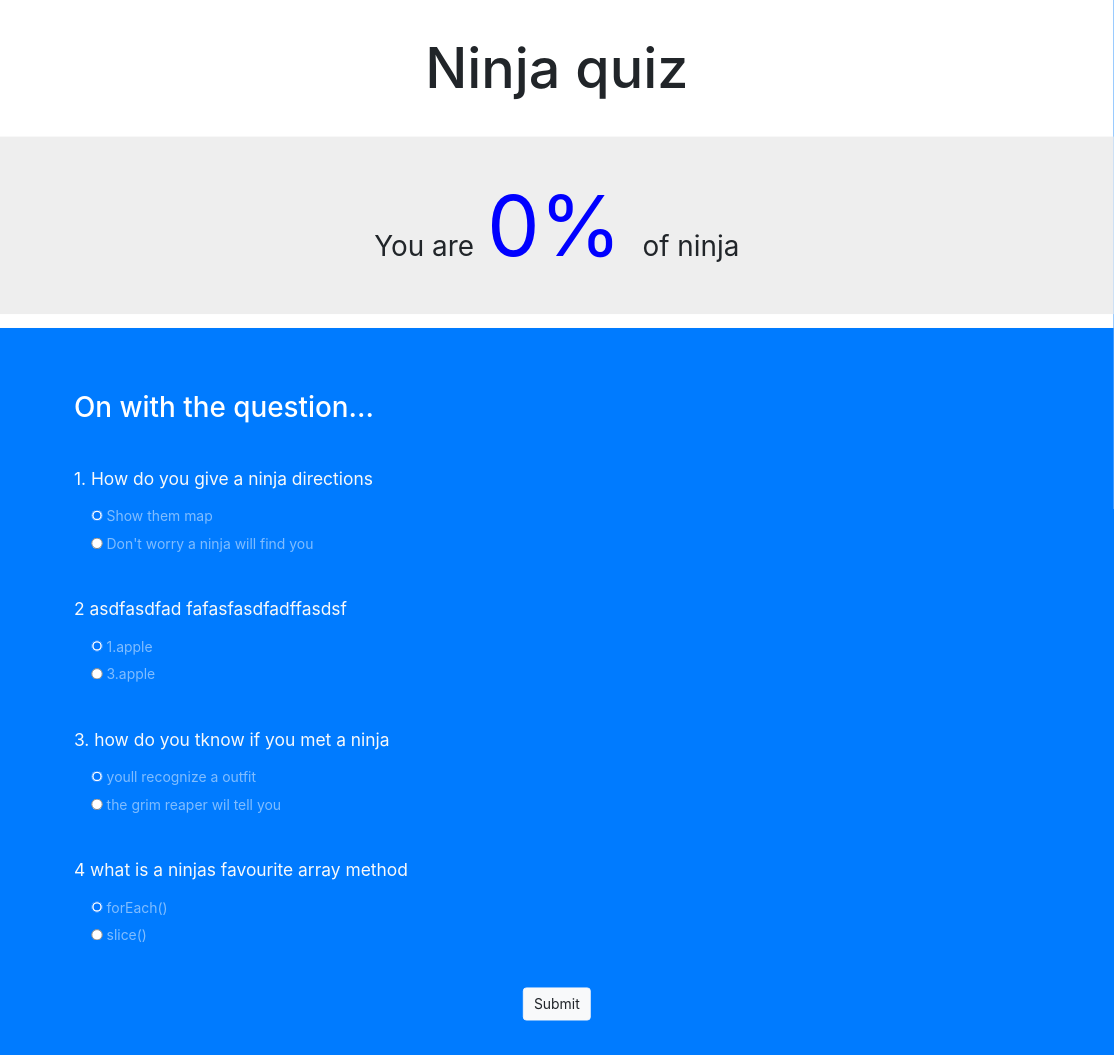
Repository: ajgors/config
Page: Nauka Js/Projekty/Quiz/index.html
The author's editor kept a copy of each file at every save. The page is drawn from the files as they stood at one save, then again after a run of saves.
The browser window is 1280 px wide. The pictures show the whole page, at 87% of full size.

Above is the page before, as saved 2019-08-11 18:19:30.

### Nauka Js/Projekty/Quiz/index.html
<!DOCTYPE html>
<html lang="en">

<head>
    <meta charset="UTF-8">
    <meta name="viewport" content="width=device-width, initial-scale=1.0">
    <meta http-equiv="X-UA-Compatible" content="ie=edge">
    <title>Document</title>
    <link rel="stylesheet" href="https://stackpath.bootstrapcdn.com/bootstrap/4.3.1/css/bootstrap.min.css"
        integrity="sha384-ggOyR0iXCbMQv3Xipma34MD+dH/1fQ784/j6cY/iJTQUOhcWr7x9JvoRxT2MZw1T" crossorigin="anonymous">
        <link rel="stylesheet" href="css.css">
</head>

<body>
    <!-- Header -->
    <!-- <div class="intro py-3 bg-white text-center">
        <div class="container">
            <h2 class="text-primary display-3 my-4">Ninja Quiz</h2>
        </div>
    </div> -->

    <header class="header">
        <h1 class="header__title">Ninja quiz</h1>
    </header>

    <!-- Result -->
    <!-- <div class="result py-4 d-none bg-light text-center">
        <div class="container lead">
            <p>You are <span class="text-primary display-4 p-3">0%</span>Ninja</p>
        </div>
    </div> -->

    <div class="result">
        <p class="result__paragraph">You are<span class="result__span">0%</span> of ninja</p>
    </div>

    <!-- Form -->
    <div class="quiz py-4 bg-primary">
        <div class="container">
            <h2 class="my-5 text-white">On with the question...</h2>
            <form action="" class="quiz-form text-light">
                <div class="my-5">
                    <p class="lead font-weight-normal">1. How do you give a ninja directions</p>
                    <div class="form-check my-2 text-white-50">
                        <input type="radio" name='q1' value='A' checked>
                        <label for="" class="form-check-label">Show them map</label>
                    </div>
                    <div class="form-check my-2 text-white-50">
                        <input type="radio" name='q1' value='B'>
                        <label for="" class="form-check-label">Don't worry a ninja will find you</label>
                    </div>
                </div>
                <div class="my-5">
                    <p class="lead font-weight-normal">2 asdfasdfad fafasfasdfadffasdsf</p>
                    <div class="form-check my-2 text-white-50">
                        <input type="radio" name='q2' value='A' checked>
                        <label for="" class="form-check-label">1.apple</label>
                    </div>
                    <div class="form-check my-2 text-white-50">
                        <input type="radio" name='q2' value='B'>
                        <label for="" class="form-check-label">3.apple</label>
                    </div>
                </div>
                <div class="my-5">
                    <p class="lead font-weight-normal">3. how do you tknow if you met a ninja</p>
                    <div class="form-check my-2 text-white-50">
                        <input type="radio" name='q3' value='A' checked>
                        <label for="" class="form-check-label">youll recognize a outfit</label>
                    </div>
                    <div class="form-check my-2 text-white-50">
                        <input type="radio" name='q3' value='B'>
                        <label for="" class="form-check-label">the grim reaper wil tell you</label>
                    </div>
                </div>
                <div class="my-5">
                    <p class="lead font-weight-normal">4 what is a ninjas favourite array method</p>
                    <div class="form-check my-2 text-white-50">
                        <input type="radio" name='q4' value='A' checked>
                        <label for="" class="form-check-label">forEach()</label>
                    </div>
                    <div class="form-check my-2 text-white-50">
                        <input type="radio" name='q4' value='B'>
                        <label for="" class="form-check-label">slice()</label>
                    </div>
                </div>
                <div class="text-center">
                    <input type="submit" class='btn btn-light'>
                </div>
            </form>
        </div>


        <div class="xd">
            <p class="xd"></p>
        </div>
    </div>

    <script src="js.js"></script>
</body>

</html>

### Nauka Js/Projekty/Quiz/css.css
*{
    margin: 0;
    padding: 0;
}

.header__title{
    text-align: center;
    margin:  40px auto;
    font-size: 4em;
}

.result{
    background-color: #eee;
}
.result__paragraph{
    text-align: center;
    padding: 30px;
    font-size: 2em
}
.result__span{
    font-size: 3em;
    padding: 15px;
    color: blue;
}

### Nauka Js/Projekty/Quiz/js.js




const form = document.querySelector('.quiz-form');
const result = document.querySelector('.result');
const correctAnswers = ['B','B','B','B'];
const spanResult = document.querySelector('span');

form.addEventListener('submit', e=>{
    e.preventDefault();

    //check answer
    let score = 0;
    const userAnswers = [form.q1.value, form.q2.value, form.q3.value, form.q4.value];

    userAnswers.forEach((answer, index) =>{
        if(answer === correctAnswers[index]){
            score += 25;
        }
    });

    scrollTo(0,0)
    result.classList.remove('d-none');
    // spanResult.textContent = `${score}%`

    let output = 0;
    const timer = setInterval(()=>{
        spanResult.textContent = `${output}%`
        if(output === score){
            clearInterval(timer);
        } else {
            output++;
        }
    })


})

After the next 2 saves:
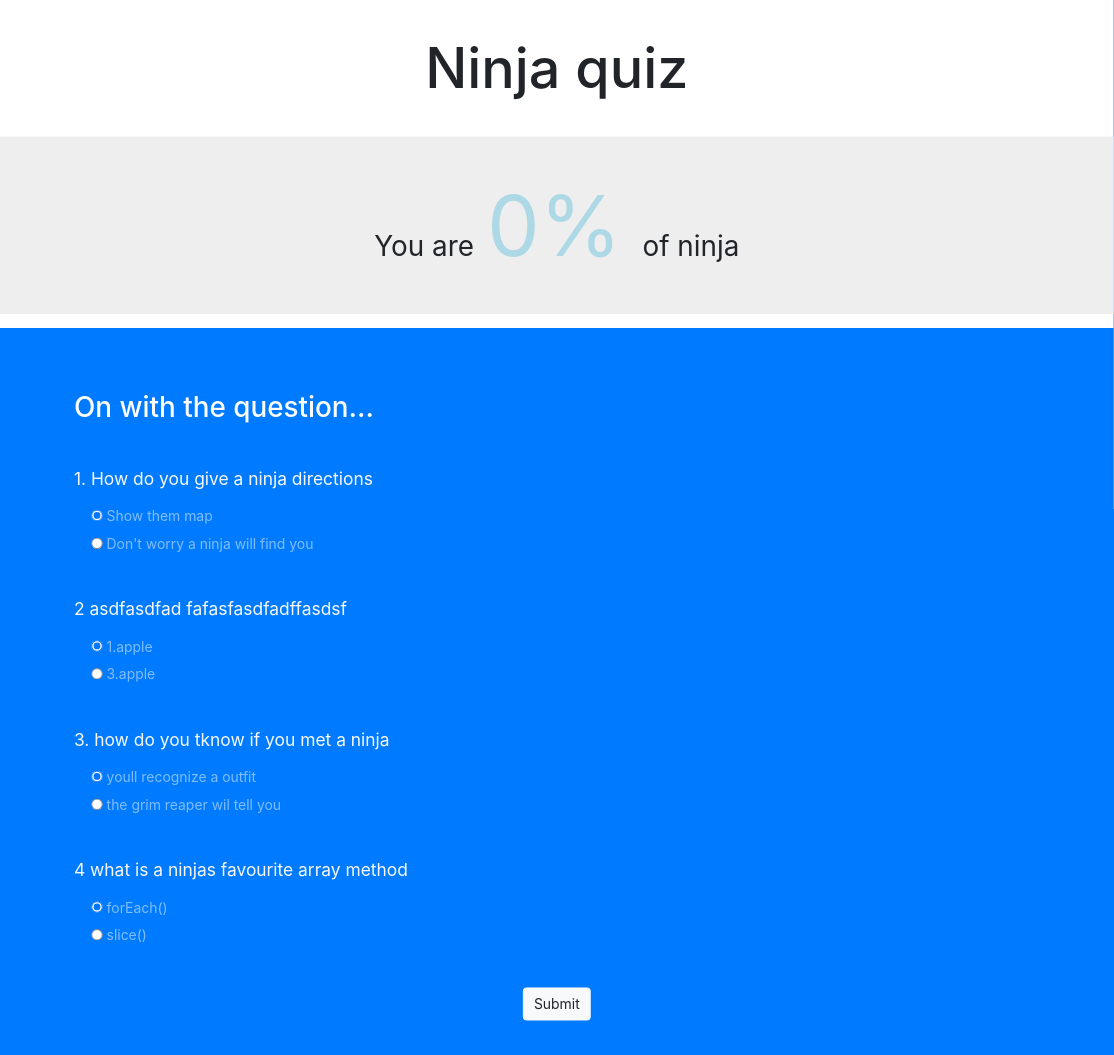
The 2 saves are shown as one change because they came seconds apart.
The last was saved 46 s later.
--- a/Nauka Js/Projekty/Quiz/css.css
+++ b/Nauka Js/Projekty/Quiz/css.css
@@ -20,5 +20,5 @@
 .result__span{
     font-size: 3em;
     padding: 15px;
-    color: blue;
+    color:#add8e6;
 }
